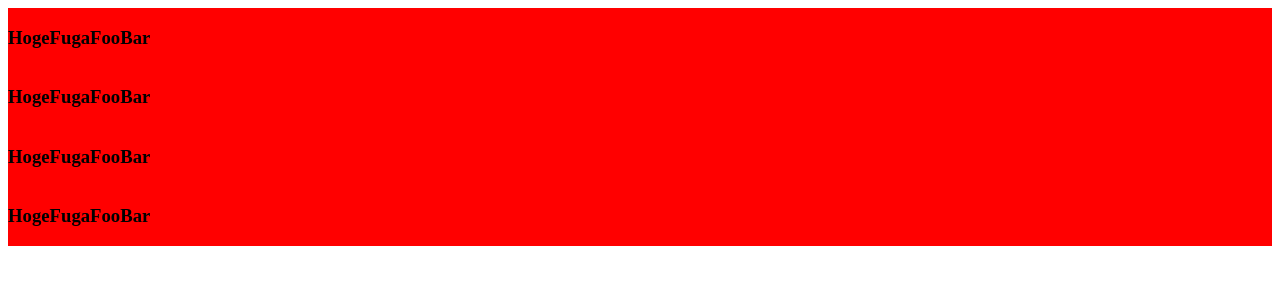
Repository: IzIzKen/samurai_HTML-CSS
Page: HTML CSSを学びWebプログラミングの第一歩を踏み出そう/14章 Flexbox/index.html
The author's editor kept a record of every edit. The page is drawn from the files as they stood at one moment, then again after the next edit.
The browser window is 1280 px wide. The pictures show the whole page.

Above is the page before.

After the next edit:
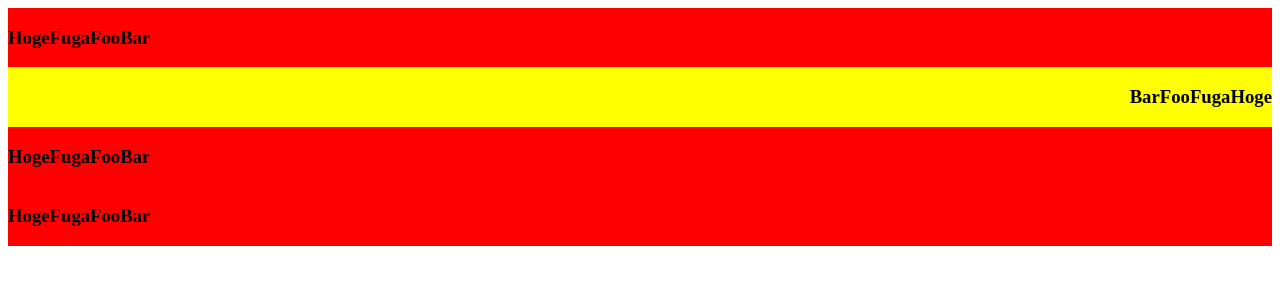
The edit:
--- a/HTML CSSを学びWebプログラミングの第一歩を踏み出そう/14章 Flexbox/index.html
+++ b/HTML CSSを学びWebプログラミングの第一歩を踏み出そう/14章 Flexbox/index.html
@@ -36,7 +36,7 @@
         <h3>Bar</h3>
     </div>
 
-    <div id="sort">
+    <div id="reverse">
         <h3>Hoge</h3>
         <h3>Fuga</h3>
         <h3>Foo</h3>
